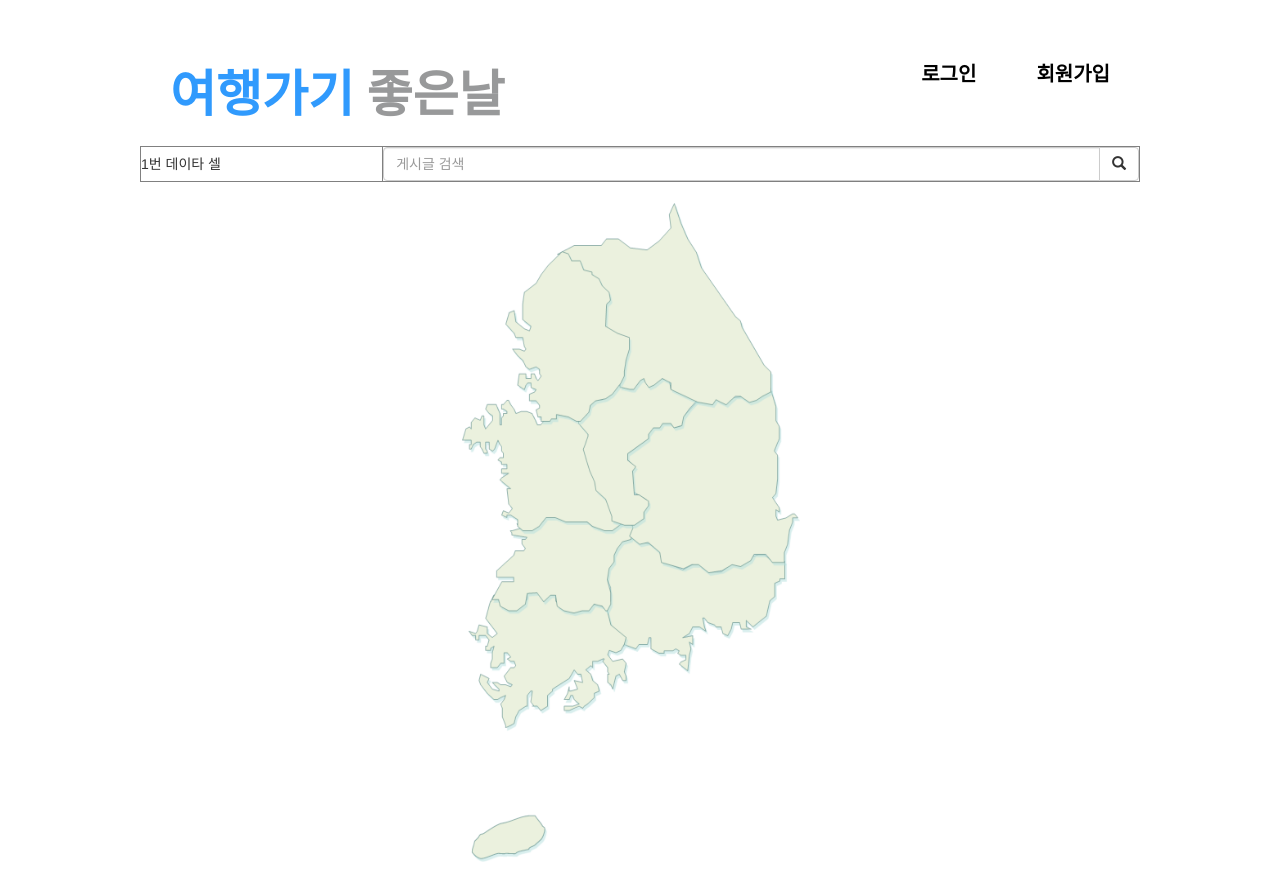
Repository: Hotmintchoco/teamProject1
Page: http://localhost/tripProject/mypage.jsp
The author's editor kept a copy of each file at every save. The page is drawn from the files as they stood at one save, then again after the next save.
The browser window is 1280 px wide. The pictures show the whole page.
Some web fonts or font styles are not loaded; a fallback is used. The page is served by Tomcat 9. Nobody is signed in. The application's start-up code is not run.

Above is the page before, as saved 2022-07-02 11:37:18.

After the next save:
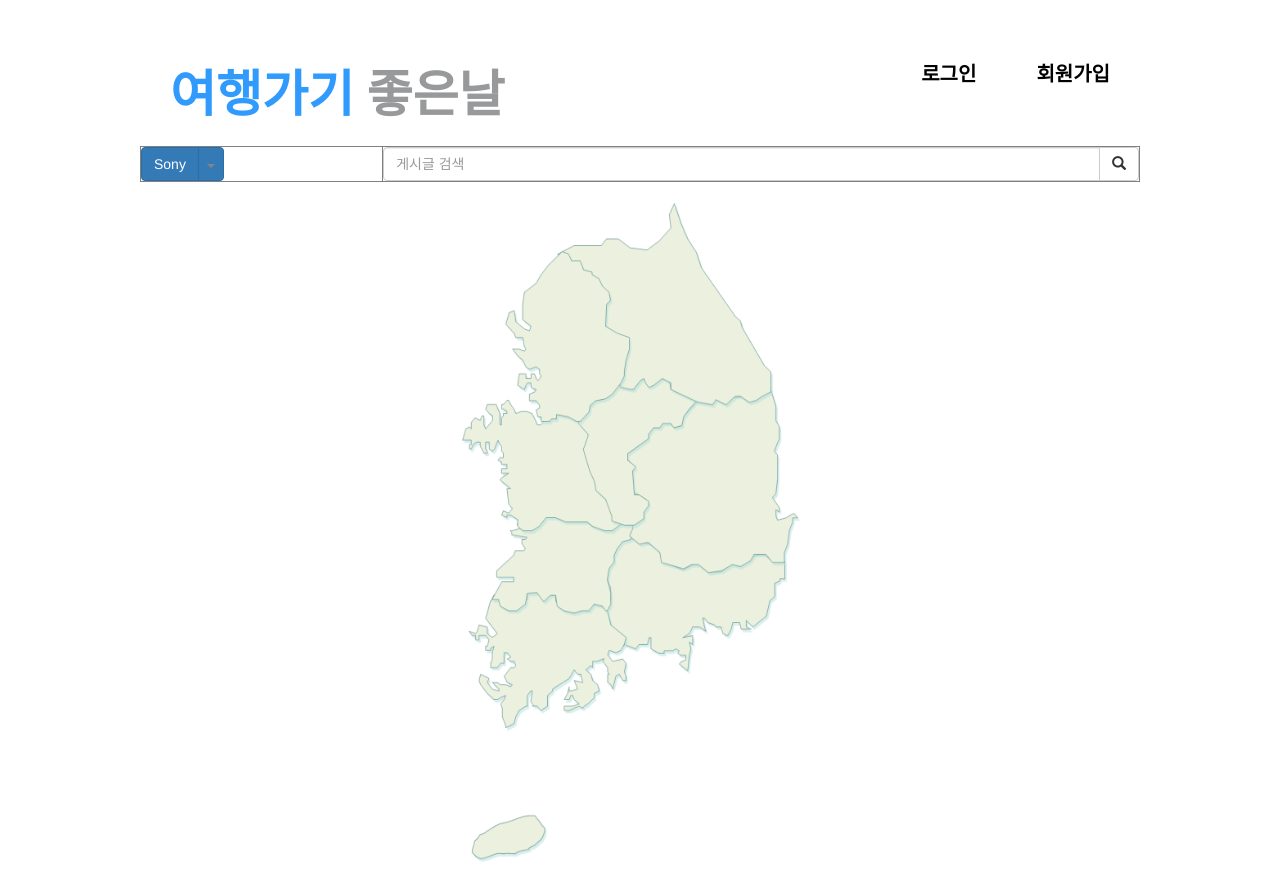
Saved 67 s later.
--- a/tripProject/src/main/webapp/mypage.jsp
+++ b/tripProject/src/main/webapp/mypage.jsp
@@ -44,7 +44,19 @@
 		<table border="" style="width: 100%;">
 			<tbody>
 				<tr style="width: 100%;">
-					<td style="width: 24%;">1번 데이타 셀</td>
+					<td style="width: 24%;">
+						<div class="btn-group">
+							<button type="button" class="btn btn-primary">Sony</button>
+							<button type="button" class="btn btn-primary dropdown-toggle"
+								data-toggle="dropdown">
+								<span class="caret"></span>
+							</button>
+							<ul class="dropdown-menu" role="menu">
+								<li><a href="#">Tablet</a></li>
+								<li><a href="#">Smartphone</a></li>
+							</ul>
+						</div>
+					</td>
 					<td style="width: 75%;">
 					<form action="memberForm.jsp">
 						<div class="input-group">
